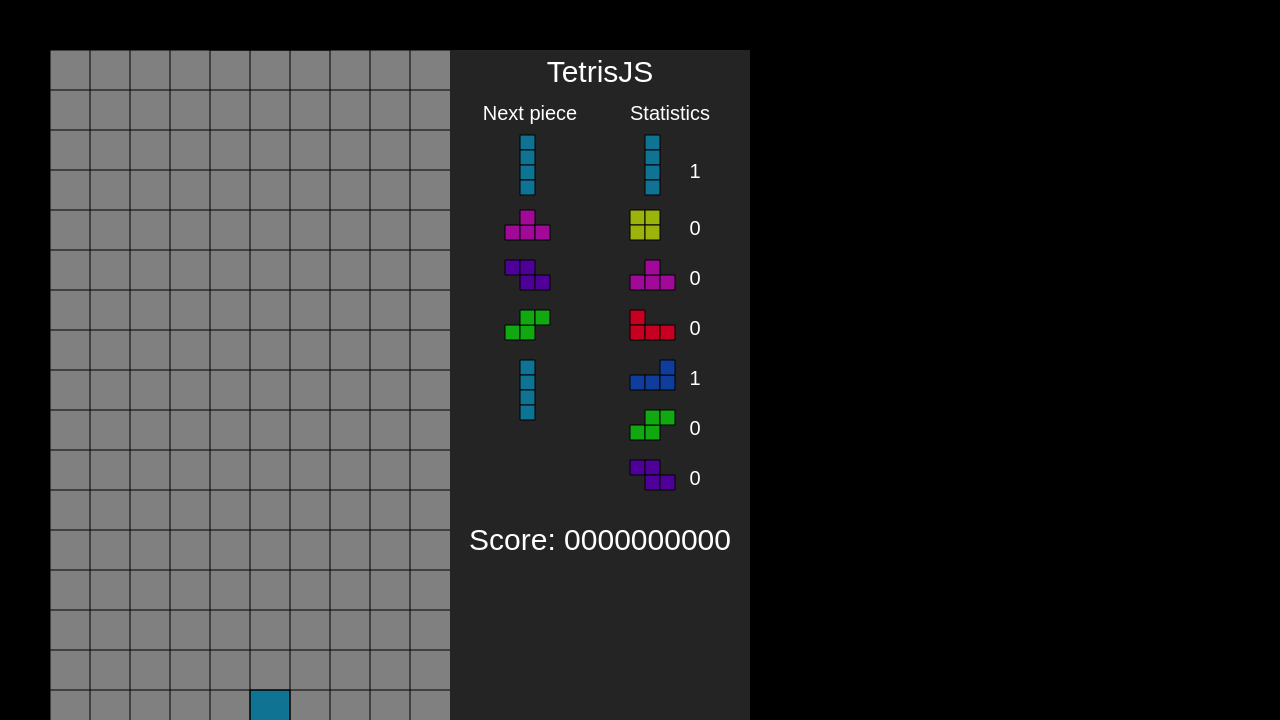
Repository: hosua/TetrisJS
Page: index.html
An editor plug-in stored every save of this project. The page is shown before and after the next save, followed by the edit.
The browser window is 1280 px wide. The pictures show the whole page.

Above is the page before, as saved 2023-11-07 19:44:26.

After the next save:
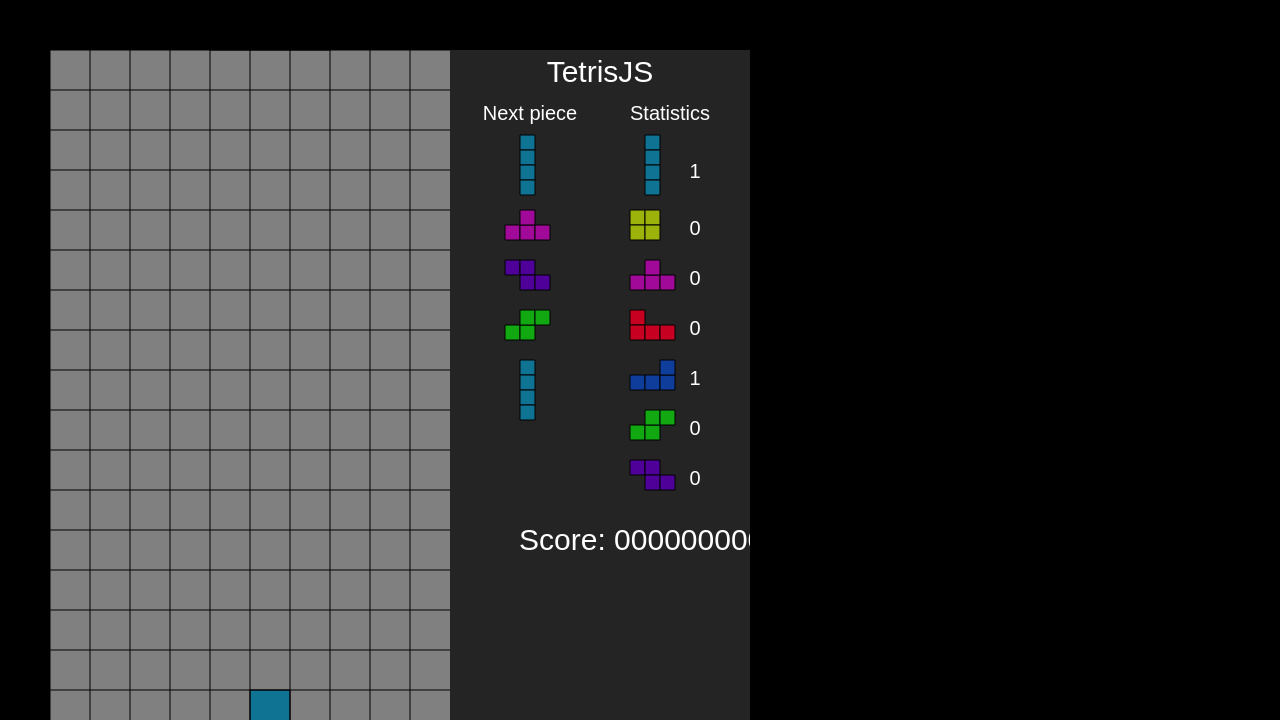
Saved 94 s later.
--- a/src/Tetris.js
+++ b/src/Tetris.js
@@ -523,6 +523,12 @@
 	}
 
 	draw_ui_score(score) {
+		let x = this.ui_offset + 200;
+		let y = 500;
+		this.draw_ui_text(`Score: ${score.toString().padStart(10, '0')}`, 30, x, y);
+	}
+
+	draw_ui_level(level) {
 		let x = this.ui_offset + 150;
 		let y = 500;
 		this.draw_ui_text(`Score: ${score.toString().padStart(10, '0')}`, 30, x, y);

After the 3 saves that followed:
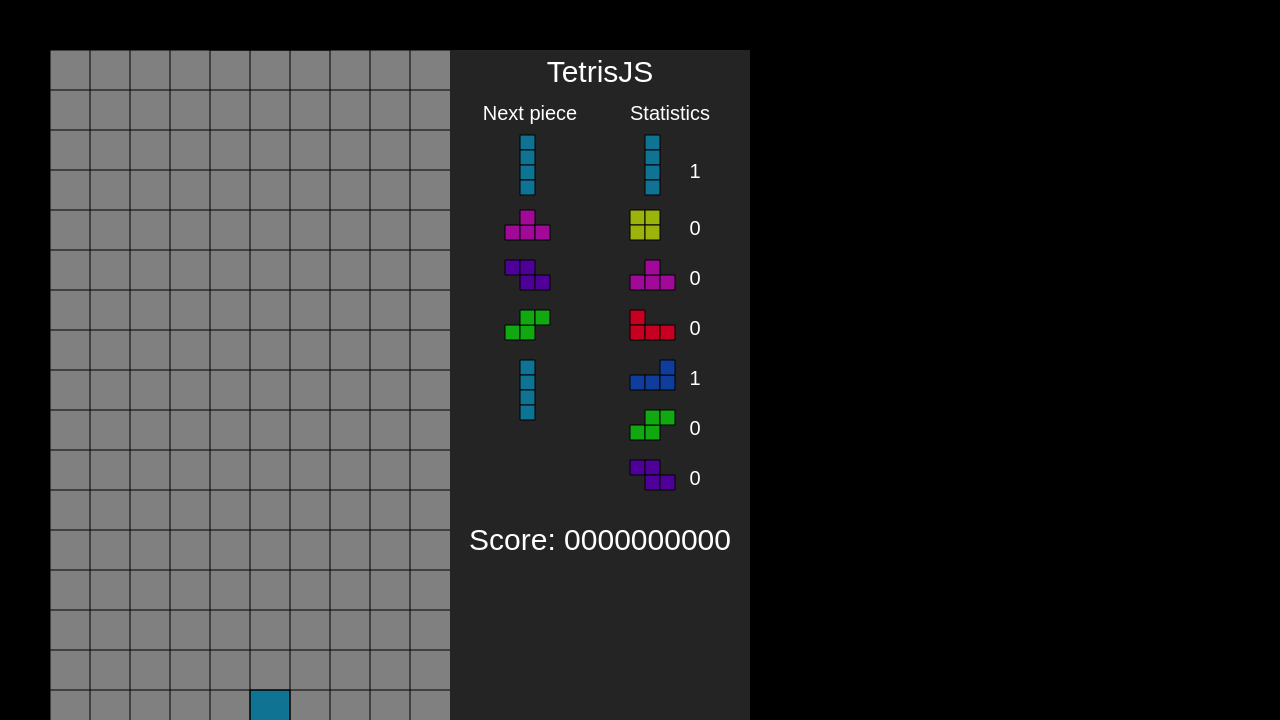
The 3 saves are shown as one change because 2 left the picture as it was.
The last was saved 41 s later.
--- a/src/Tetris.js
+++ b/src/Tetris.js
@@ -523,7 +523,7 @@
 	}
 
 	draw_ui_score(score) {
-		let x = this.ui_offset + 200;
+		let x = this.ui_offset + 150;
 		let y = 500;
 		this.draw_ui_text(`Score: ${score.toString().padStart(10, '0')}`, 30, x, y);
 	}
@@ -531,6 +531,6 @@
 	draw_ui_level(level) {
 		let x = this.ui_offset + 150;
 		let y = 500;
-		this.draw_ui_text(`Score: ${score.toString().padStart(10, '0')}`, 30, x, y);
+		this.draw_ui_text(`Level: ${level.toString().padStart(2, '0')}`, 30, x, y);
 	}
 }
